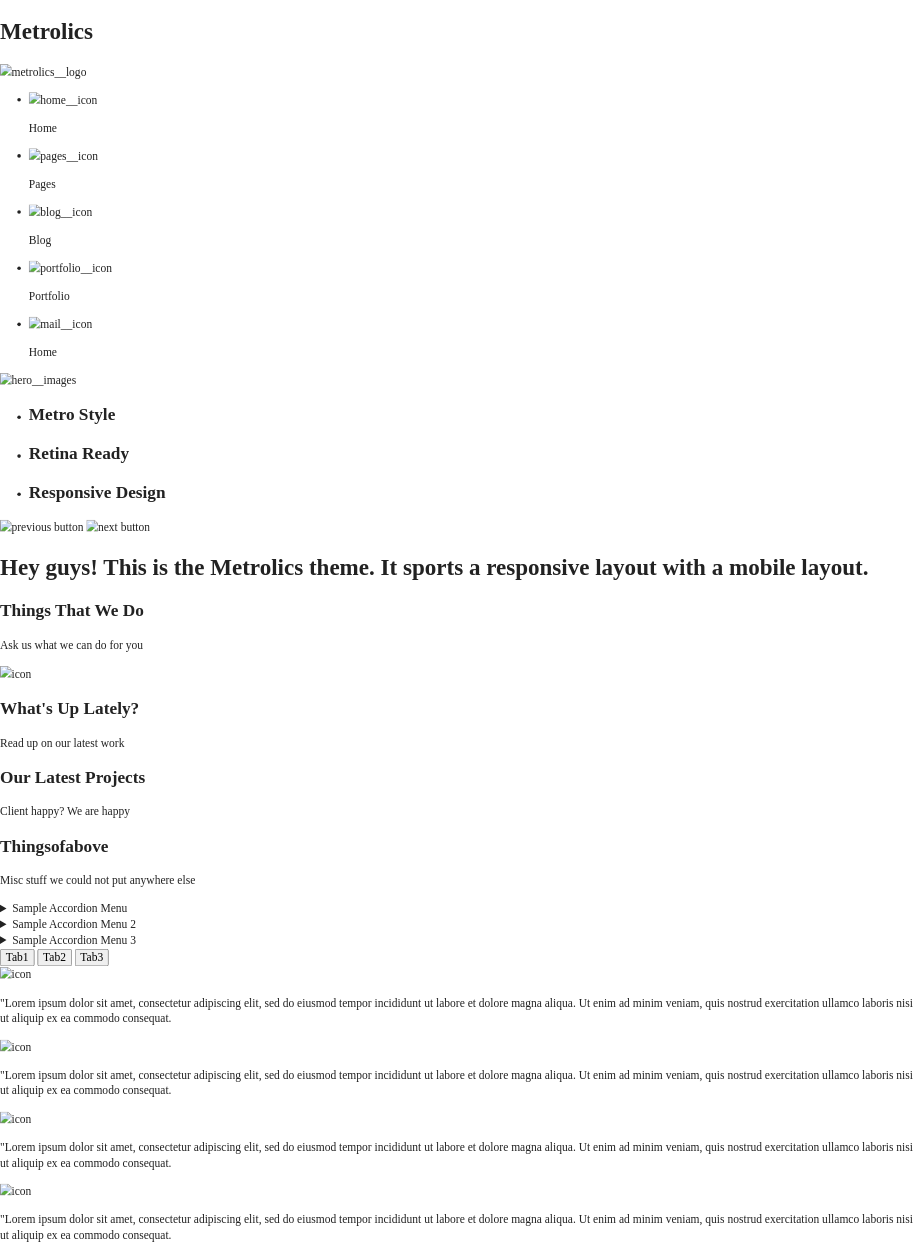
Repository: eilidhma/metrolics
Page: index.html
These files come from the project's save history. The page is drawn as it stood at one moment and after the next save; the edit follows.
The browser window is 1280 px wide. The pictures show the whole page, at 72% of full size.

Above is the page before, as saved 2021-01-26 23:59:38.

After the next save:
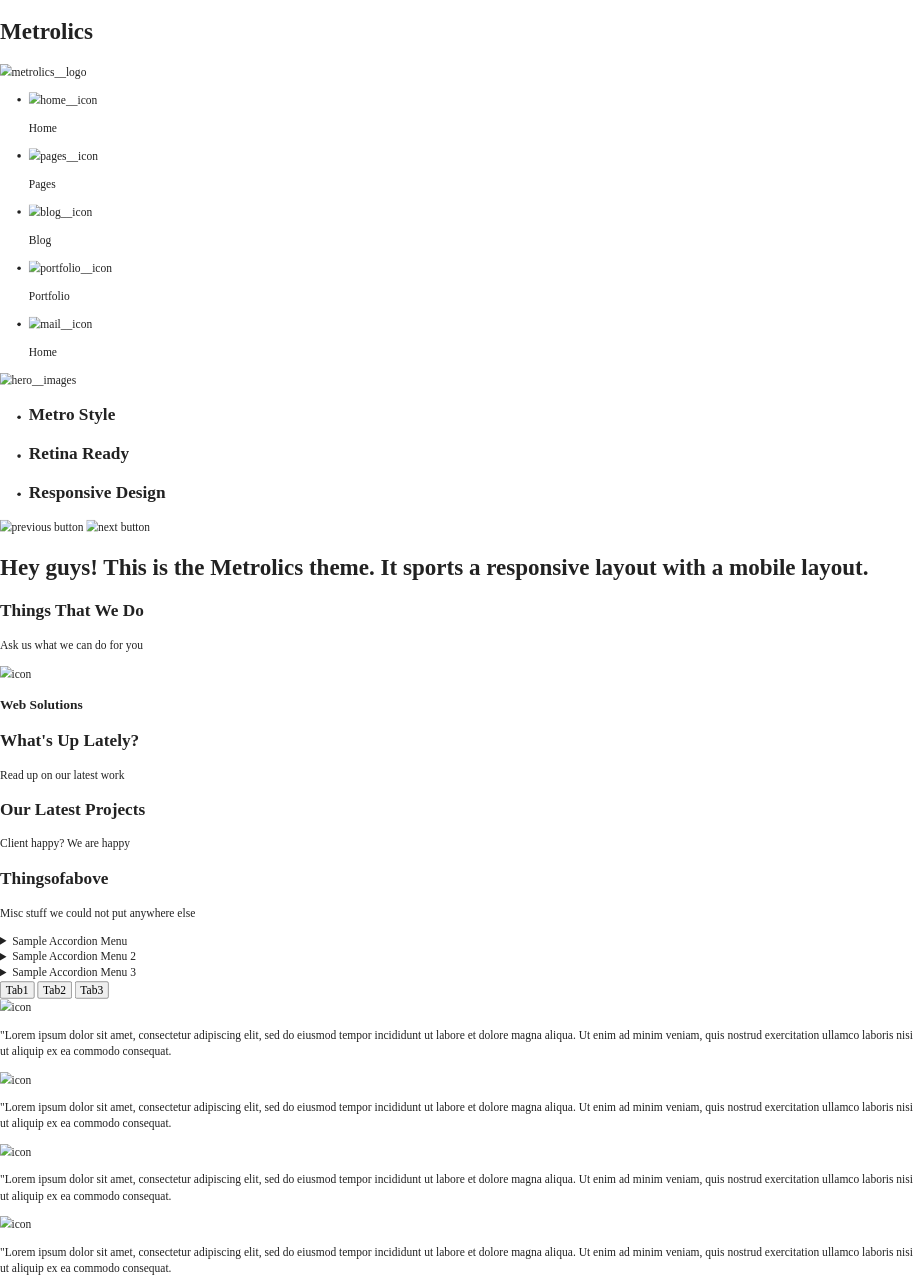
Saved 6 s later.
--- a/index.html
+++ b/index.html
@@ -88,7 +88,7 @@
     <section class="main__content__four__columns">
       <div class="four_column_item">
         <img src="" alt="icon" class="four_column_icon">
-        <h3></h3>
+        <h3>Web Solutions</h3>
       </div>
       <div class="four_column_item">
 
